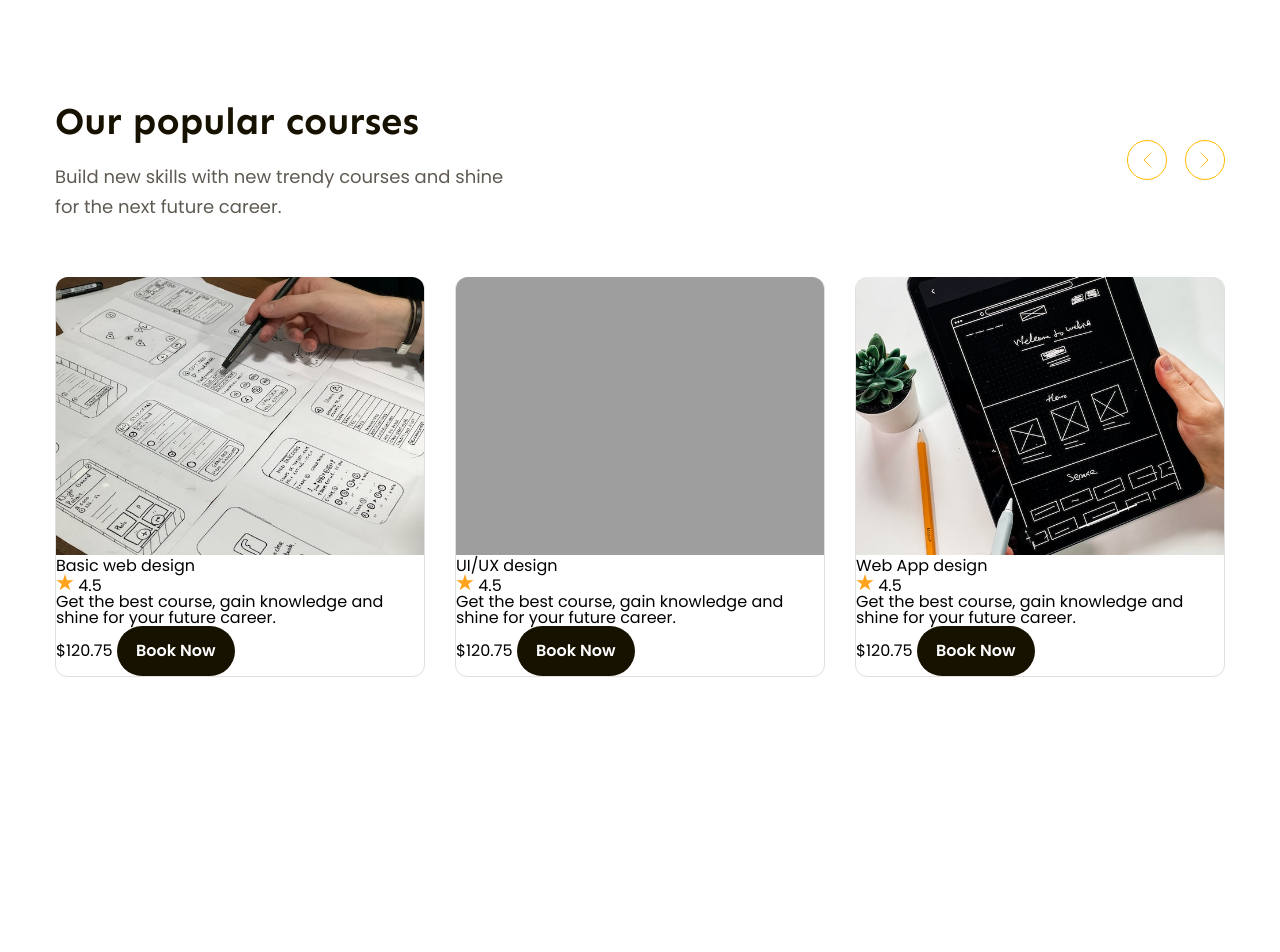
Repository: Tran-Dat/F8-Project-02
Page: index.html
These files come from the project's save history. The page is drawn as it stood at one moment and after the next save; the edit follows.
The browser window is 1280 px wide. The pictures show the part of the page from y = 1002 to 1954 px (the page is 3000 px tall).
Pictures or frames that could not be fetched are drawn as grey boxes. A picture or video elsewhere on the page could not be fetched, so the positions and the page height are approximate.

Above is the page before, as saved 2023-03-30 18:34:05.

After the next save:
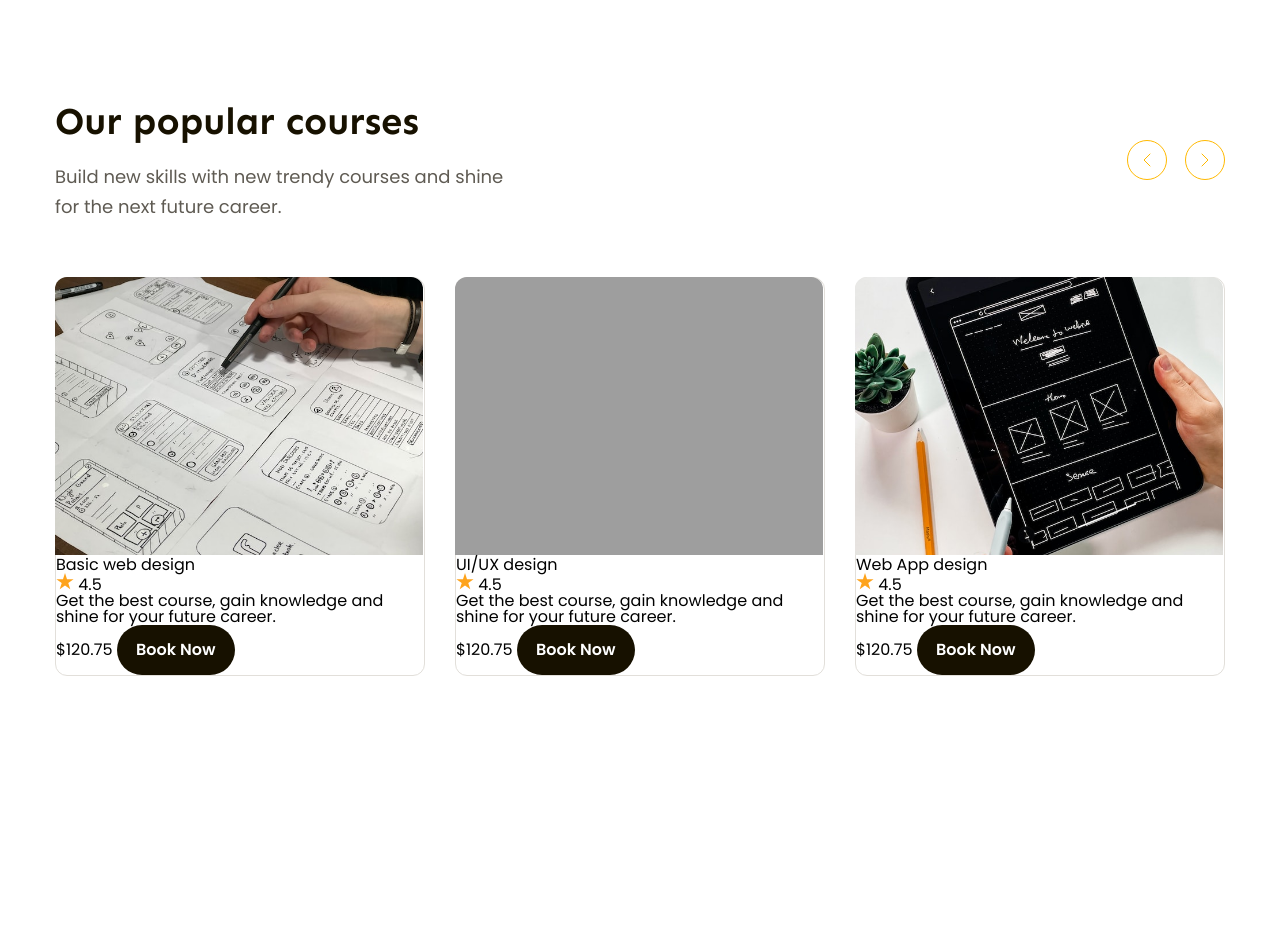
Saved 5 s later.
--- a/assets/css/styles.css
+++ b/assets/css/styles.css
@@ -328,7 +328,7 @@ a {
 }
 
 .popular .course-item .thumb {
-    margin: -0.5px;
+    margin: -1px;
     width: 100%;
     height: 278px;
     object-fit: cover;
